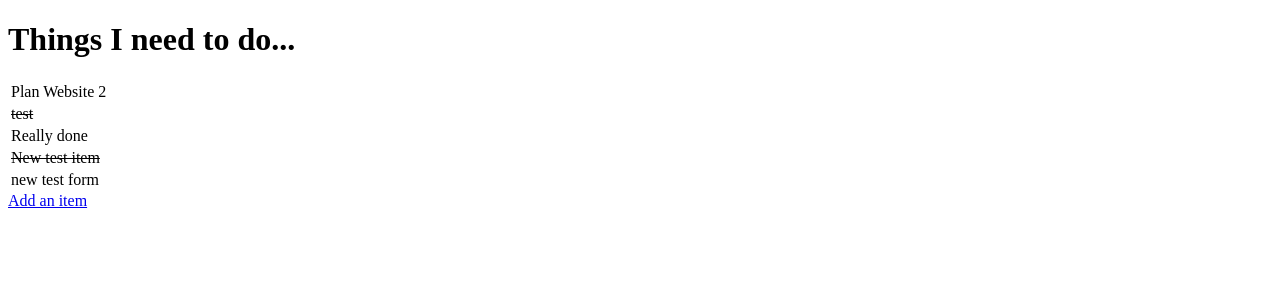
Repository: Shilldon/simple-django-todo
Page: http://localhost/
The author's editor kept a record of every edit. The page is drawn from the files as they stood at one moment, then again after the next edit.
The browser window is 1280 px wide. The pictures show the whole page.
The page is served by the project's application, run on Django 2.2 (manage.py). Other server files are loaded and not shown. The page reads the database file committed with the project.

Above is the page before.

### todo/views.py
from django.shortcuts import render, HttpResponse, redirect, get_object_or_404
from .models import Item
from .forms import ItemForm
# Create your views here.
# def say_hello(request):
#     return HttpResponse("Hello World")


def get_todo_list(request):
    results = Item.objects.all()
    return render(request,"todo_list.html",{'items':results})

def create_an_item(request):
    if request.method=="POST":
        # a post request - user is submitting the form
        form = ItemForm(request.POST,request.FILES)
        # creates a new form from ItemForm and is populated with the requests
        if form.is_valid():
            form.save()
        return redirect(get_todo_list)
        # just need to call save we do not need to define items because it knows from the original form class what fields there are

        # new_item = Item()
        # new_item.name = request.POST.get('name')
        # new_item.done = 'done' in request.POST
        # new_item.save()
    else:
        # user hasn't submitted for the page has just been rendered so return an empty form
        form = ItemForm()

    return render(request,"item_form.html", {'form':form})


def edit_an_item(request, id):
    item = get_object_or_404(Item, pk=id)
    # pk means primary key
    if request.method == "POST":
        form = ItemForm(request.POST, instance=item)
        if form.is_valid():
            form.save()
            return redirect(get_todo_list)
    else:
        form = ItemForm(instance=item)

    return render(request,"item_form.html", {'form':form})

def toggle_status(request,id):
    item = get_object_or_404(Item, pk=id)
    item.done=not item.done
    item.save()
    return redirect(get_todo_list)

### todo/templates/todo_list.html
<!DOCTYPE html>
<html lang="en">
<head>
    <meta charset="UTF-8">
    <meta name="viewport" content="width=device-width, initial-scale=1.0">
    <meta http-equiv="X-UA-Compatible" content="ie=edge">
    <title>Document</title>
</head>
<body>
    <h1>Things I need to do...</h1>

    <table>
        {% for item in items %}
        <tr>
            {% if item.done %}
            <td><strike>{{ item.name }}</strike></td>
            {%else%}
            <td>{{ item.name }}</td>
            {%endif%}
        </tr>
        {% empty %} <!-- if there are no items in the list then this will display-->
        <p>You have nothing to do</p>
        {% endfor %}
        <!--
        <tr>
            <td>
             <strike>Plan website</strike>
            </td>
        </tr>
        <tr>
            <td>
             Create Website
            </td>
        </tr>
        <tr>
            <td>
            Launch Website
            </td>
        </tr>        -->
    </table>

    <a href="add">Add an item</a>
</body>
</html>

### todo/models.py
from django.db import models

# Create your models here.
class Item(models.Model):
    name = models.CharField(max_length=30,blank=False)
    done = models.BooleanField(blank=False, default=False)

    def __str__(self):
        return self.name

### django_todo/urls.py
"""django_todo URL Configuration

The `urlpatterns` list routes URLs to views. For more information please see:
    https://docs.djangoproject.com/en/1.11/topics/http/urls/
Examples:
Function views
    1. Add an import:  from my_app import views
    2. Add a URL to urlpatterns:  url(r'^$', views.home, name='home')
Class-based views
    1. Add an import:  from other_app.views import Home
    2. Add a URL to urlpatterns:  url(r'^$', Home.as_view(), name='home')
Including another URLconf
    1. Import the include() function: from django.conf.urls import url, include
    2. Add a URL to urlpatterns:  url(r'^blog/', include('blog.urls'))
"""
from django.conf.urls import url
from django.contrib import admin
# from todo.views import say_hello
from todo.views import get_todo_list, create_an_item, edit_an_item, toggle_status

urlpatterns = [
    url(r'^admin/', admin.site.urls),
    url(r'^$',get_todo_list),
    url(r'^add$',create_an_item),
    url(r'^edit/(?P<id>\d+)$',edit_an_item),
    url(r'^toggle/(?P<id>\d+)$',toggle_status)

    # ?P this is an expression coming up
    # <id> is the reference of the value passed into the expression
    #\ passing in regular rexpression - d+ is digit (d is a signle digit)

]

### db.sqlite3 (the tables this page reads, as SQL)
CREATE TABLE "todo_item" ("id" integer NOT NULL PRIMARY KEY AUTOINCREMENT, "name" varchar(30) NOT NULL, "done" bool NOT NULL);
INSERT INTO "todo_item" VALUES
(4, 'Plan Website 2', 0),
(5, 'test', 1),
(6, 'Really done', 0),
(7, 'New test item', 1),
(8, 'new test form', 0);

After the next edit:
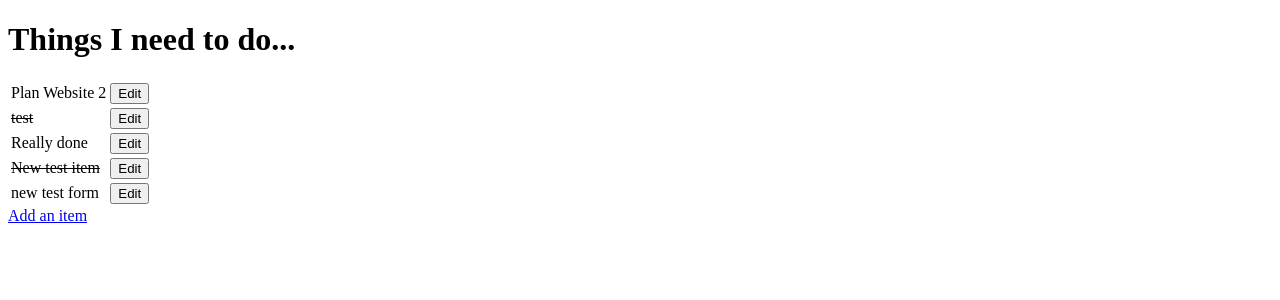
The edit:
--- a/todo/templates/todo_list.html
+++ b/todo/templates/todo_list.html
@@ -17,6 +17,10 @@
             {%else%}
             <td>{{ item.name }}</td>
             {%endif%}
+            <td>
+                <!--<a href="#">Edit</a>-->
+                <form method="GET" action="edit/{{ item.id }}"><input type="submit" value="Edit"/></form>
+            </td>
         </tr>
         {% empty %} <!-- if there are no items in the list then this will display-->
         <p>You have nothing to do</p>
